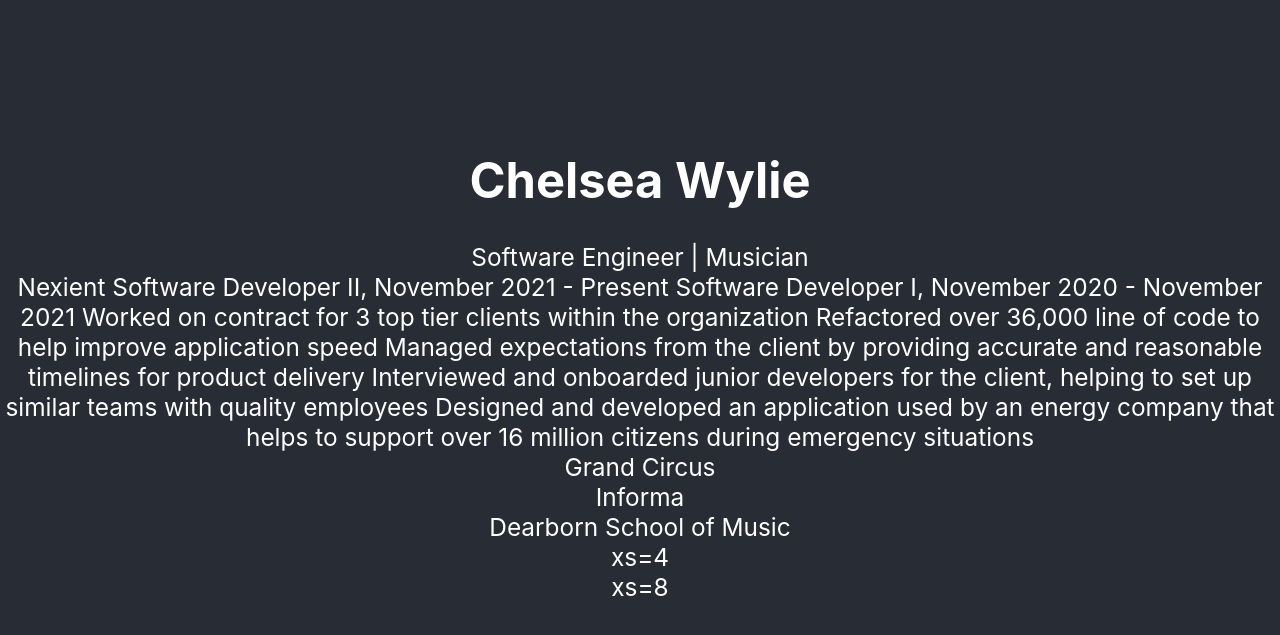
Repository: chelsswylie/portfolio
Page: /
The author's editor kept a copy of each file at every save. The page is drawn from the files as they stood at one save, then again after the next save.
The browser window is 1280 px wide. The pictures show the whole page.
The project was rebuilt for these pictures with package versions that can differ from the ones it lists, and the page was loaded fresh each time.

Above is the page before, as saved 2022-06-05 18:58:53.

### src/App.js
import logo from './logo.svg';
import './App.css';
import GridContainer from '../src/components/atom/Grid'
import React from 'react';

function App() {
  return (
    <div className="App">
      <header className="App-header">
        <GridContainer />
        {/* <img src={logo} className="App-logo" alt="logo" />
        <p>
          Edit <code>src/App.js</code> and save to reload.
        </p>
        <a
          className="App-link"
          href="https://reactjs.org"
          target="_blank"
          rel="noopener noreferrer"
        >
          Learn React
        </a> */}
      </header>
    </div>
  );
}

export default App;

### src/components/atom/Grid.js
import React from "react";
import ContentContainer from './Content'
import ExperienceContainer from './Experience'

// grid is going to need to be able to accept props
export default function GridContainer() {
    return (
    <div className="grid-container">
  <div className="grid-item">
      <ContentContainer />
  </div>
  <div className="grid-item">
    <ExperienceContainer/>
  </div>
  <div className="grid-item">
    <div>xs=4</div>
  </div>
  <div className="grid-item">
    <div>xs=8</div>
  </div>
</div>
    )
}

### src/components/atom/Content.js
import React from "react";

export default function ContentContainer() {
    return (
    <div className="content-container">
        <h1>Chelsea Wylie</h1>
        <span>Software Engineer | Musician </span>
</div>
    )
}

### src/components/atom/Experience.js
import React from "react";

export default function ExperienceContainer() {
    return (
    <div className="experience-container">
  <div className="grid-item">
    <div>Nexient
Software Developer II, November 2021 - Present
Software Developer I, November 2020 - November 2021
Worked on contract for 3 top tier clients within the organization
Refactored over 36,000 line of code to help improve application speed
Managed expectations from the client by providing accurate and reasonable timelines for
product delivery
Interviewed and onboarded junior developers for the client, helping to set up similar
teams with quality employees
Designed and developed an application used by an energy company that helps to support
over 16 million citizens during emergency situations
</div>
  </div>
  <div className="grid-item">
    <div>Grand Circus</div>
  </div>
  <div className="grid-item">
    <div>Informa</div>
  </div>
  <div className="grid-item">
    <div>Dearborn School of Music</div>
  </div>
</div>
    )
}

Loaded but not shown: public/index.html (common file); src/index.js (common file); src/index.css (common file); src/reportWebVitals.js (common file); src/App.css (common file)

After the next save:
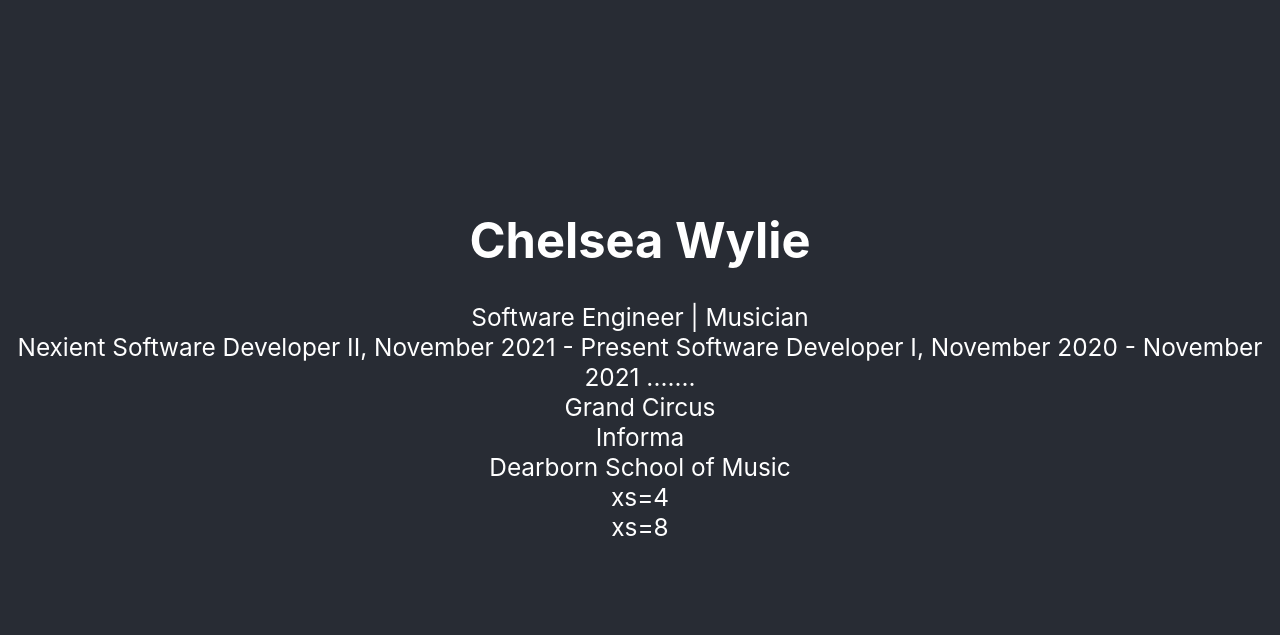
Saved 11 s later.
--- a/src/components/atom/Experience.js
+++ b/src/components/atom/Experience.js
@@ -7,14 +7,7 @@
     <div>Nexient
 Software Developer II, November 2021 - Present
 Software Developer I, November 2020 - November 2021
-Worked on contract for 3 top tier clients within the organization
-Refactored over 36,000 line of code to help improve application speed
-Managed expectations from the client by providing accurate and reasonable timelines for
-product delivery
-Interviewed and onboarded junior developers for the client, helping to set up similar
-teams with quality employees
-Designed and developed an application used by an energy company that helps to support
-over 16 million citizens during emergency situations
+.......
 </div>
   </div>
   <div className="grid-item">
